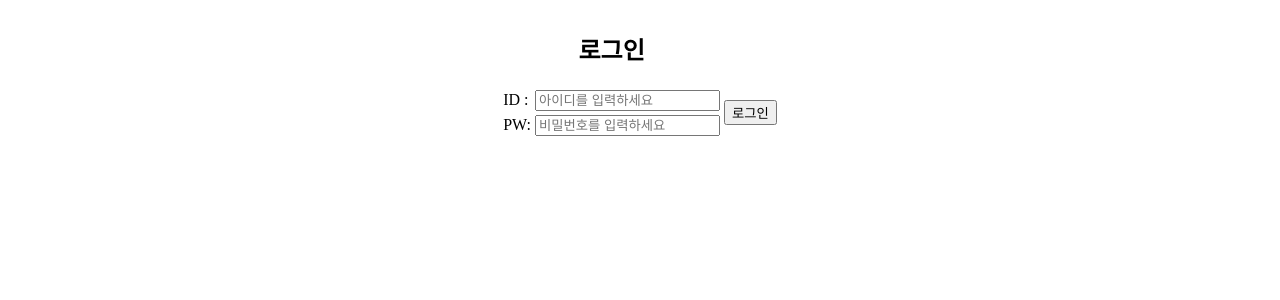
Repository: umhayun/myJSP
Page: HTML/src/main/webapp/login.html
These files come from the project's save history. The page is drawn as it stood at one moment and after the next save; the edit follows.
The browser window is 1280 px wide. The pictures show the whole page.

Above is the page before, as saved 2022-01-18 01:50:10.

After the next save:
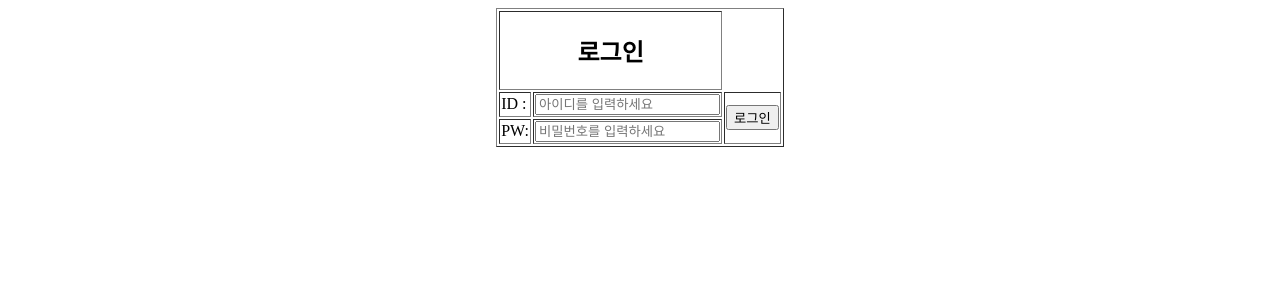
Saved 10 s later.
--- a/HTML/src/main/webapp/login.html
+++ b/HTML/src/main/webapp/login.html
@@ -7,7 +7,7 @@
 <body>
 <!--form태그는 데이터를 전송하기 위해서 사용 -->
 <form action="">
-<table align=center>
+<table align=center border=1>
 	<tr>
 		<td colspan=2 align=center><h2>로그인</h2></td>
 	</tr>
